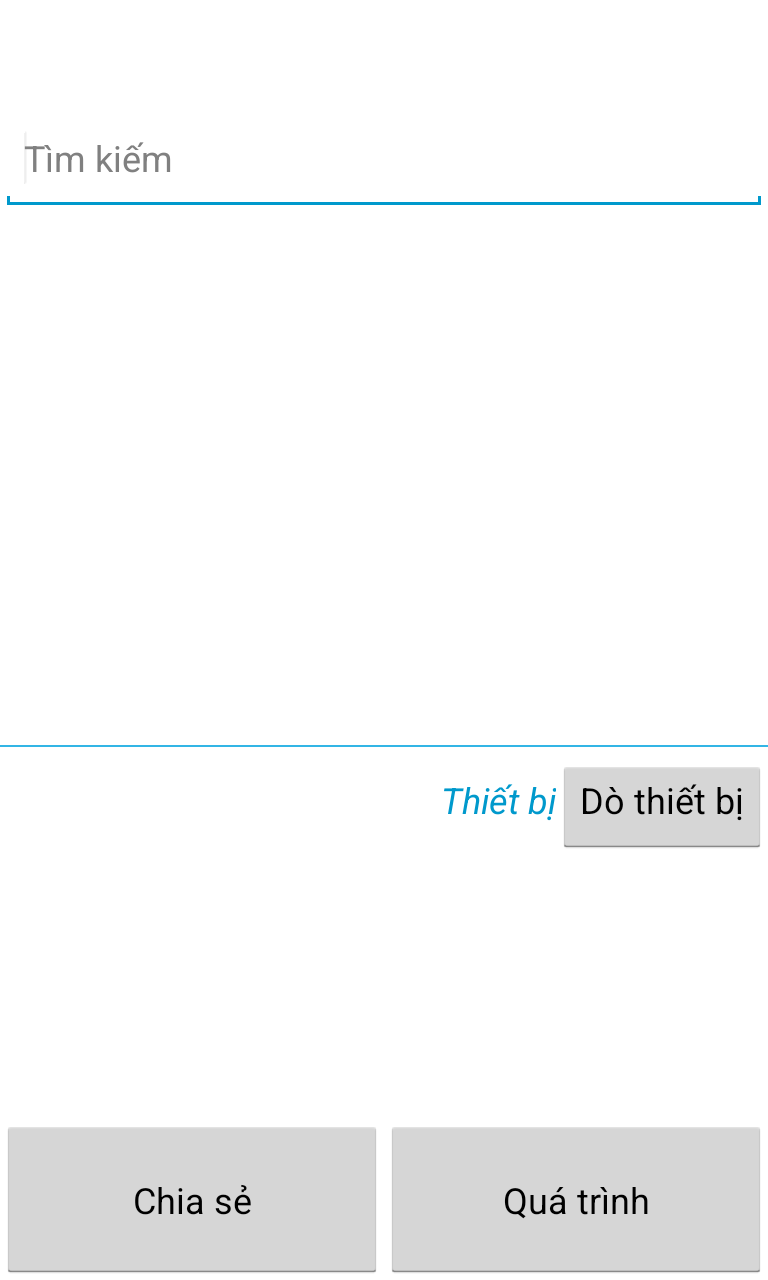
Repository: thinhnk55/android-appshare
Layout: ShareApp/res/layout/activity_main.xml
The author's editor kept a copy of each file at every save. The layout is drawn from the files as they stood at one save, then again after the next save.
It is drawn on a 768 x 1280 px phone screen (xhdpi) without system bars, with theme AppTheme; the app's code is not run.

Above is the layout before, as saved 2014-07-17 15:41:36.

After the next save:
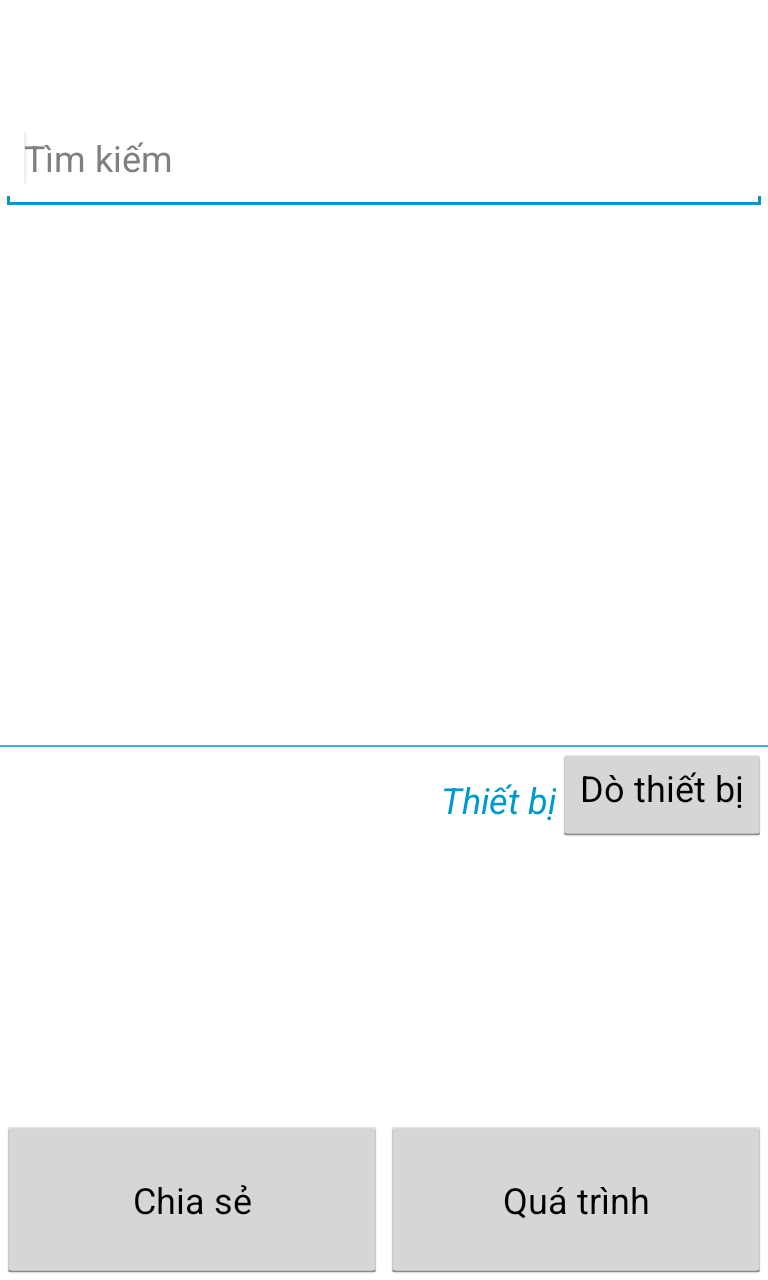
Saved 13 s later.
--- a/ShareApp/res/layout/activity_main.xml
+++ b/ShareApp/res/layout/activity_main.xml
@@ -61,6 +61,7 @@
                     android:layout_height="match_parent"
                     android:layout_marginLeft="10dp"
                     android:gravity="center"
+                    android:layout_gravity="left"
                     android:text="@string/device"
                     android:textAppearance="?android:attr/textAppearanceMedium"
                     android:textColor="@android:color/holo_blue_dark"
